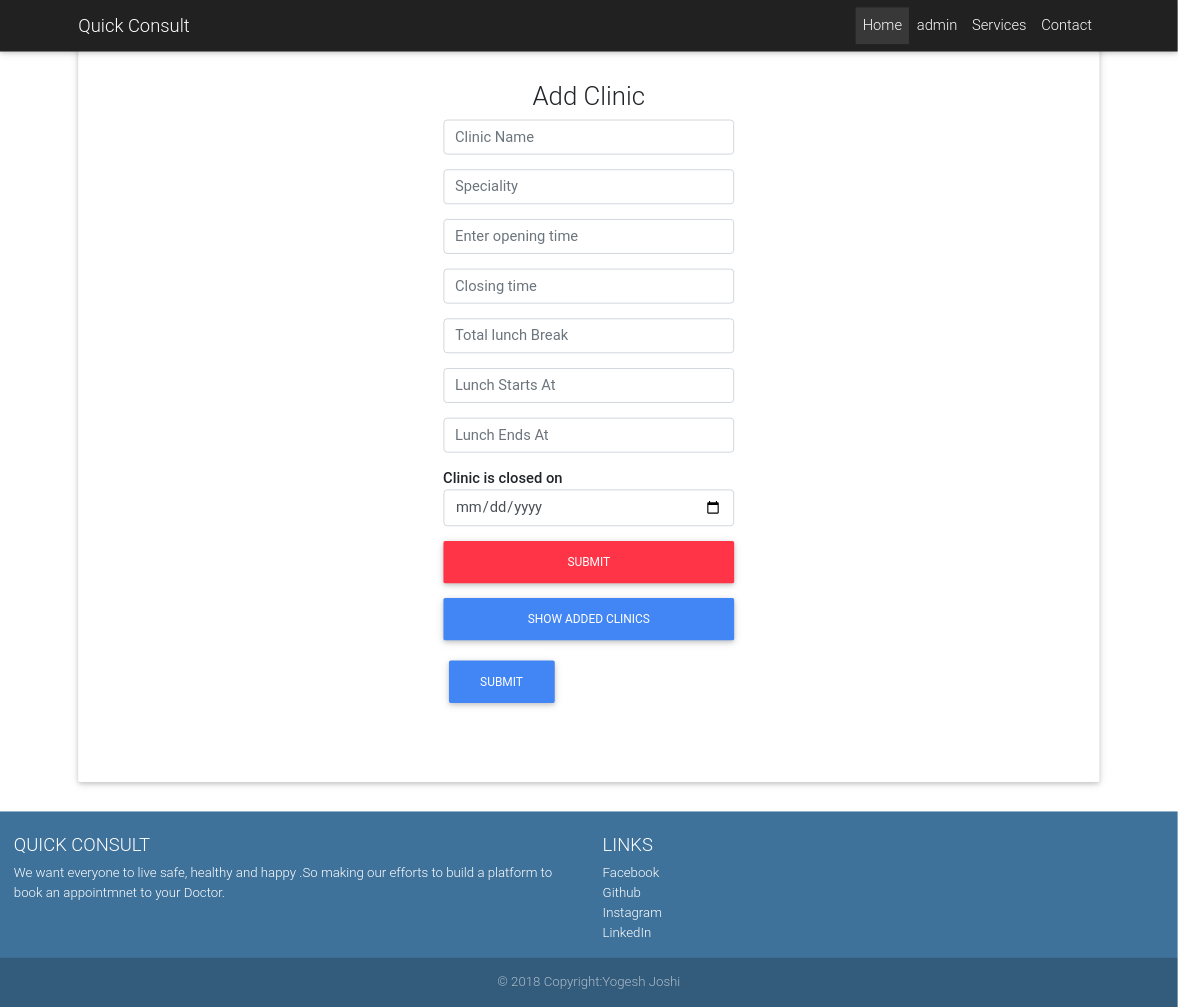
Repository: yogz-joshi/quick_consult
Page: work/v2/views/UpdateDate.ejs
The author's editor kept a record of every edit. The page is drawn from the files as they stood at one moment, then again after the next edit.
The browser window is 1280 px wide. The pictures show the whole page, at 92% of full size.
Some web libraries are served in a nearby version. The page is served by the project's Node server (work/v2/app.js). Other server files are loaded and not shown. The template is opened directly, without the code that normally fills it, so the values that code supplies are empty.

Above is the page before.

### work/v2/views/UpdateDate.ejs

<%include partials/header%>
<div class="container">
    <div class="jumbotron ">
        <h3 style="text-align:center">Add Clinic</h3>
    <div class="form-row">
        <div style="width:30%; margin: 0 auto;">
<form action="/clinic/<%=clinics._id%>/update?_method=PUT" method="POST">
        <div class="form-group"><input class="form-control" type="text" name="clinic[cname]" value="<%=clinics.name%>" placeholder="Clinic Name" required></div>
        <div class="form-group"><input class="form-control" type="text" name="clinic[special]" value="<%=clinics.speciality%>" placeholder="Speciality" required></div>
        <div class="form-group"><input class="form-control" type="text" name="clinic[openAt]" value="<%=clinics.otime%>" placeholder="Enter opening time"></div>
        <div class="form-group"><input class="form-control" type="text" name="clinic[closeAt]" value="<%=clinics.ctime%>" placeholder="Closing time"></div>
        <div class="form-group"><input class="form-control" type="text" name="clinic[lunchHrs]" value="<%=clinics.lunch_hrs%>" placeholder="Total lunch Break"></div>
        <div class="form-group"><input class="form-control" type="text" name="clinic[lunchAt]" value="<%=clinics.lunch_at%>"placeholder="Lunch Starts At"></div>
        <div class="form-group"><input class="form-control" type="text" name="clinic[lunchOverAt]" value="<%=clinics.lunch_over%>" placeholder="Lunch Ends At"></div>
            <strong>Clinic is closed on</strong><div class="form-group"> <input class="form-control" type="date" name="clinic[closedOn]" value="<%=clinics.date_atclosed%>"></div>
               <button class="btn btn-danger btn-block">Submit</button>

        <a class="btn btn-block btn-primary" href="/clinic">Show Added Clinics</a>
</form>

<form action="/clinic/<%=clinics._id%>/update?_method=PUT" method="POST">
           <button class="btn btn-primary ">Submit</button>
        </form>
        </div>
    </div>
    </div>
</div>
<%include partials/footer%>

### work/v2/views/partials/header.ejs
<!DOCTYPE>
<html>
    <head>
        <title>
            Quick Consult
        </title>
               <link href="https://maxcdn.bootstrapcdn.com/bootstrap/4.0.0/css/bootstrap.min.css" rel="stylesheet">
                <!-- Font Awesome -->
                <link rel="stylesheet" href="https://maxcdn.bootstrapcdn.com/font-awesome/4.7.0/css/font-awesome.min.css">
                  <!-- Bootstrap core CSS -->
                <link href="https://cdnjs.cloudflare.com/ajax/libs/twitter-bootstrap/4.0.0/css/bootstrap.min.css" rel="stylesheet">
                <!-- Material Design Bootstrap -->
                <link href="https://cdnjs.cloudflare.com/ajax/libs/mdbootstrap/4.5.0/css/mdb.min.css" rel="stylesheet">
                <meta name="viewport" content="width=device-width, initial-scale=1, maximum-scale=1, user-scalable=no">
                <meta http-equiv="x-ua-compatible" content="ie=edge">

    </head>
    <body>


     Navigation
    <nav class="navbar  navbar-expand-sm navbar-dark bg-dark fixed-top">
      <div class="container">
        <a class="navbar-brand" href="/">Quick Consult</a>
        <button class="navbar-toggler" type="button" data-toggle="collapse" data-target="#navbarResponsive" aria-controls="navbarResponsive" aria-expanded="false" aria-label="Toggle navigation">
          <span class="navbar-toggler-icon"></span>
        </button>
        <div class="collapse navbar-collapse" id="navbarResponsive">
          <ul class="navbar-nav ml-auto">
            <li class="nav-item active">
              <a [routerLink]="['/']" class="nav-link" href="/">Home
                <span class="sr-only">(current)</span>
              </a>
            </li>
            <li class="nav-item">
              <a [routerLink]="['/clinic']" class="nav-link" href="/clinic">admin</a>
            </li>
            <li class="nav-item">
              <a [routerLink]="['#']" class="nav-link" href="#">Services</a>
            </li>
            <li class="nav-item">
              <a [routerLink]="['#']"class="nav-link" href="#">Contact</a>
            </li>
          </ul>
        </div>
      </div>
    </nav>

### work/v2/views/partials/footer.ejs

<!--Footer-->
<footer class="page-footer font-small unique-color pt-4 mt-4">

    <!--Footer Links-->
    <div class="container-fluid text-center text-md-left">
        <div class="row">

            <!--First column-->
            <div class="col-md-6">
                <h5 class="text-uppercase">QUICK CONSULT</h5>
                <p>We want everyone to live safe, healthy and happy .So making our efforts to build a platform to  book an appointmnet to your Doctor.</p>
            </div>
            <!--/.First column-->

            <!--Second column-->
            <div class="col-md-6">
                <h5 class="text-uppercase">Links</h5>
                <ul class="list-unstyled">
                    <li>
                        <a href="https://www.facebook.com/yogeshjoshi">Facebook</a>
                    </li>
                    <li>
                        <a href="#!">Github</a>
                    </li>
                    <li>
                        <a href="#!">Instagram</a>
                    </li>
                    <li>
                        <a href="#!">LinkedIn</a>
                    </li>
                </ul>
            </div>
            <!--/.Second column-->
        </div>
    </div>
    <!--/.Footer Links-->

    <!--Copyright-->
    <div class="footer-copyright py-3 text-center">
        © 2018 Copyright:Yogesh Joshi

    </div>
    <!--/.Copyright-->

</footer>
<!--/.Footer-->

### work/v2/app.js
var express=require("express");
var app= express();
var mongoose=require("mongoose");
var methodOverride=require("method-override");
var bodyParser=require("body-parser");
var passport=require("passport");
var users=require("./models/usersM");
var clinic=require("./models/clinicM");
var admin=require("./models/adminM");
var localStrategy=require("passport-local");
var passpoprtLocalMongoose=require("passport-local-mongoose");
mongoose.connect("mongodb://localhost/all_clinics");

//var seedDB=require("./seed");
//seedDB();
app.use(require("express-session")({
    secret:"kitty is the best dog",
    resave:false,
    saveUninitialized:false
}));


app.use(bodyParser.urlencoded({extended:true}));
app.use(methodOverride("_method"));
app.use(passport.initialize());
app.use(passport.session());

passport.use(new localStrategy(admin.authenticate()));
passport.serializeUser(admin.serializeUser());
passport.deserializeUser(admin.deserializeUser());



app.set("view engine","ejs");
app.use(express.static("public"));//to use custom style sheets from public folder.
app.use(bodyParser.urlencoded({entended:true}));

// *************************************************************************************************************8
//adding clinics using form(Only Render for admin login)
app.get("/clinic",isLoggedIn,function(req,res){
    clinic.find({},function(err,allClinic){
        if(err){
            console.log(err);
        }
        else
        {
            res.render("clinic",{clinic:allClinic});
        }

    });
});

app.post("/clinic",function(req,res){
    var name= req.body.cname;
    var sp=req.body.special;
    var open=req.body.openAt;
    var close=req.body.closeAt;
     var lhrs=req.body.lunchHrs;
      var lstarts=req.body.lunchAt;
       var lovers=req.body.lunchOverAt;
       var closed=0;
    var newClinic={name:name,speciality:sp,otime:open,ctime:close,lunch_hrs:lhrs,lunch_at:lstarts,lunch_over:lovers,date_close:closed};
    clinic.create(newClinic,function(err,clinics)
    {
        if(err){
            console.log(err);

        }else
        {   req.flash("info", "Flash is back!");
            res.redirect("/clinic/new");
        }
    });
});
app.get("/clinic/new",isLoggedIn,function(req, res) {
    res.render("form1");

});
// **********************************************************************************************
// Home Page viewed to the User

app.get("/",function(req,res){
    clinic.find({},function(err,allClinic){
        if(err){
            console.log(err);
        }
        else
        {
            res.render("home",{clinic:allClinic});
        }

    });
});
// ******************************************************************************************
// deleting clinic
app.delete("/clinic/:id",function(req,res){
    clinic.findByIdAndRemove(req.params.id,function(err){
        if(err)
        {
            console.log(err);

        }else
        {
            res.redirect("/clinic");
        }
    });
});



//  ******************************************************************************************************
//  making appointmnet


 app.post("/clinic/:id",function(req,res){
     clinic.findById(req.params.id,function(err,allclinics){
         if(err){
             res.redirect("clinic");
         }else{
             console.log(req.body.users.date);
             console.log(allclinics.date_close);
             var a=Date.parse(req.body.users.date);
             var b=Date.parse(allclinics.date_close);
             if(a === b){
                //  req.flash("err","The Clinic is Closed today.Plaese book tommorow!!");
                  res.redirect("/clinic/"+req.params.id+"/new");

             }else{

                    users.create(req.body.users,function(err,allusers){
                    if(err){
                     console.log("err");
                    }else{
                     allclinics.users.push(allusers);
                     allclinics.save();
                    //req.flash("success","Appointment Sucessful.SMS is sent toyour mobile number");
                     res.redirect("/");
                 }

             });

             }
         }
     });
 });

 app.get("/clinic/:id/new",function(req,res){
    clinic.findById(req.params.id,function (err,allClinic) {
        if(err){
            console.log(err);
        }else{
            res.render("form2",{clinics:allClinic});
        }

    });


});
// ************************************ ************************************* *************************************
app.post("/clinic/:id/record",function(req,res){
    clinic.findById(req.params.id).populate({path:'users',match :{$and: [{date : req.body.search},{time : req.body.timesearch}]}, options:{ sort:{time :1}} }).exec(function(err,allclinic){
        if(err){
            console.log(err);
        }else{
           // console.log(allclinic);
            res.render("user_record",{clinic:allclinic});
        }
    });
});
// ****************************************************************************************************************
//View user record and update clinic close date..(Only for Admin Account)


app.get("/clinic/:id/record",function(req,res){
    clinic.findById(req.params.id).populate({path:'users',options:{ sort:{date : 1}}}).exec(function(err,allclinic){
        if(err){
            console.log(err);
        }else{
           // console.log(allclinic);
            res.render("user_record",{clinic:allclinic});
        }
    });
});
app.get("/clinic/:id/update",isLoggedIn,function(req,res){
     clinic.findById(req.params.id,function (err,allClinic) {
        if(err){
            console.log(err);
        }else{
            res.render("UpdateDate",{clinics:allClinic});
        }

    });
});
// to update the closed clinic date
app.put("/clinic/:id/update",function(req,res){


    clinic.findByIdAndUpdate(req.params.id,req.body.clinic,function(err,allclinic){
        if(err){
            console.log(err);
        }else{
            res.redirect("/clinic");
        }
    });
});
// ********************************************************************************************
// REGISTER ADMIN ROUTE
// app.get("/register",function(req,res){
//     res.render("signin");
// });

// app.post("/register",function(req,res){
//     admin.register(new admin({username:req.body.username}),req.body.password,function(err,admin){
//         if(err){
//             console.log(err);
//             return res.render('signin');
//         }
//         else{
//             passport.authenticate("local")(req,res,function(){
//                 res.redirect("/clinic");
//             });
//         }
//     });
// });
// ************************************************************************************************
// LOGIN ROUTES
app.get("/login",function(req,res){
    res.render("login");
});
//middleware
app.post("/login",passport.authenticate("local",{
    successRedirect:"/clinic",
    failureRedirect:"/login"
}),function(req,res){

});
// LOGOUT ROUTE
app.get("/logout",function(req,res){
    req.logout();
    res.redirect("/login");
});
// Middleware for checking the active session/authentication
function isLoggedIn(req,res,next){
    if(req.isAuthenticated()){
        return next();
    }
    res.redirect("/login");
}
// **************************************************************************************************

// Running the Server
app.listen(process.env.PORT,process.env.IP,function(){
    console.log("Server Started");
});

After the next edit:
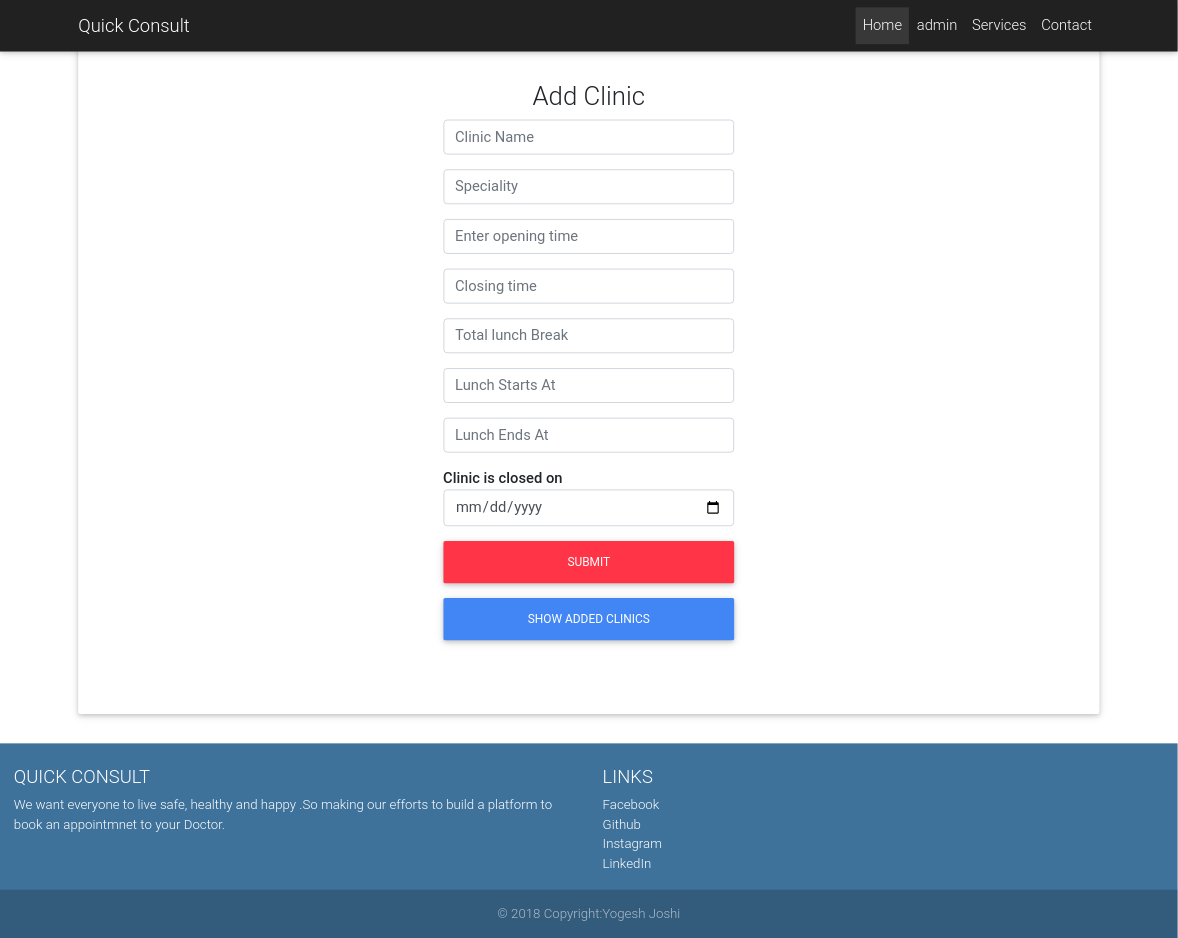
The edit:
--- a/work/v2/views/UpdateDate.ejs
+++ b/work/v2/views/UpdateDate.ejs
@@ -19,9 +19,7 @@
         <a class="btn btn-block btn-primary" href="/clinic">Show Added Clinics</a>
 </form>
 
-<form action="/clinic/<%=clinics._id%>/update?_method=PUT" method="POST">
-           <button class="btn btn-primary ">Submit</button>
-        </form>
+
         </div>
     </div>
     </div>
